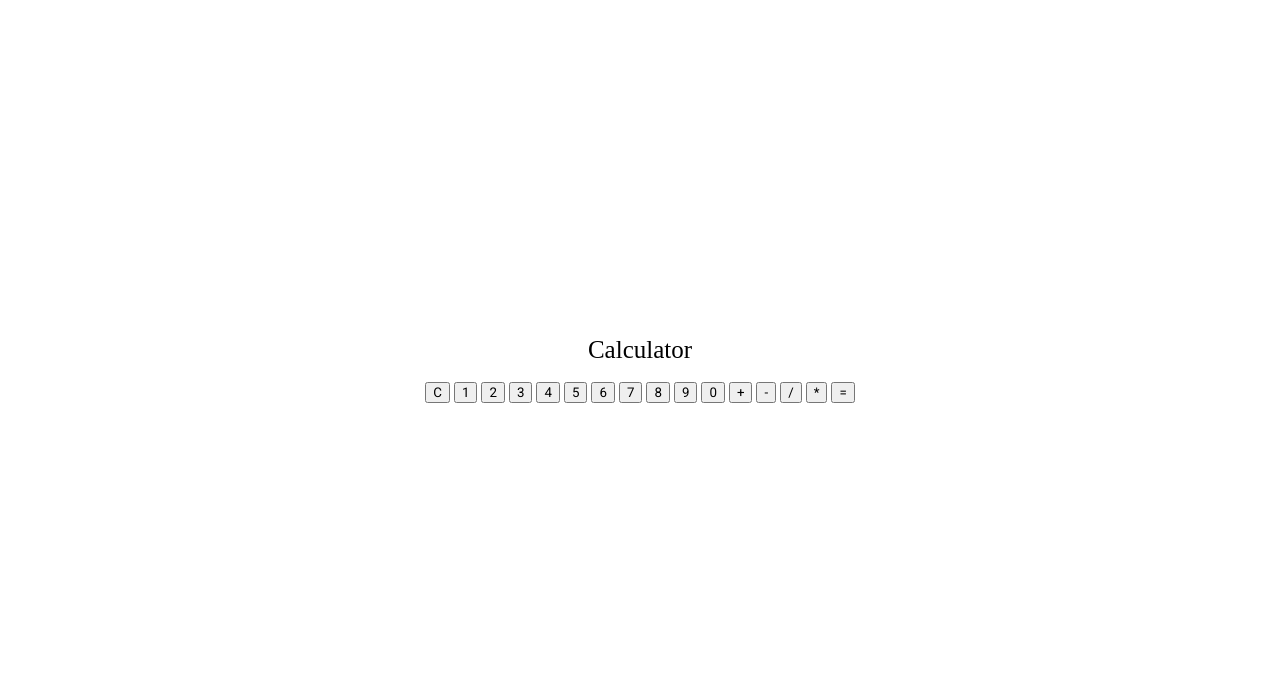
Repository: Gibon9/SimpleCalc
Page: index.html
These files come from the project's save history. The page is drawn as it stood at one moment and after the next save; the edit follows.
The browser window is 1280 px wide. The pictures show the whole page.
Some web fonts or font styles are not loaded; a fallback is used.

Above is the page before, as saved 2020-11-25 20:52:40.

After the next save:
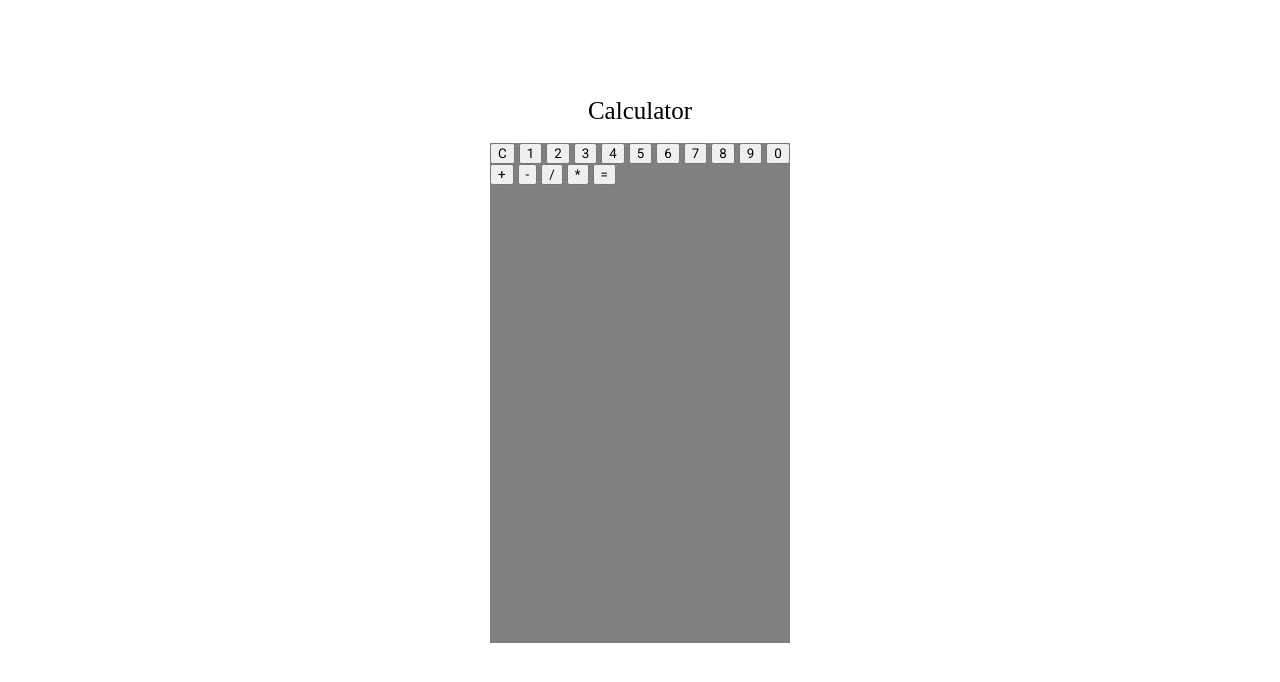
Saved 87 s later.
--- a/style/style.css
+++ b/style/style.css
@@ -29,3 +29,9 @@
   font-size: 25px;
   margin: 20px 0;
 }
+
+.clac {
+  width: 300px;
+  height: 500px;
+  background-color: var(--background-color);
+}
